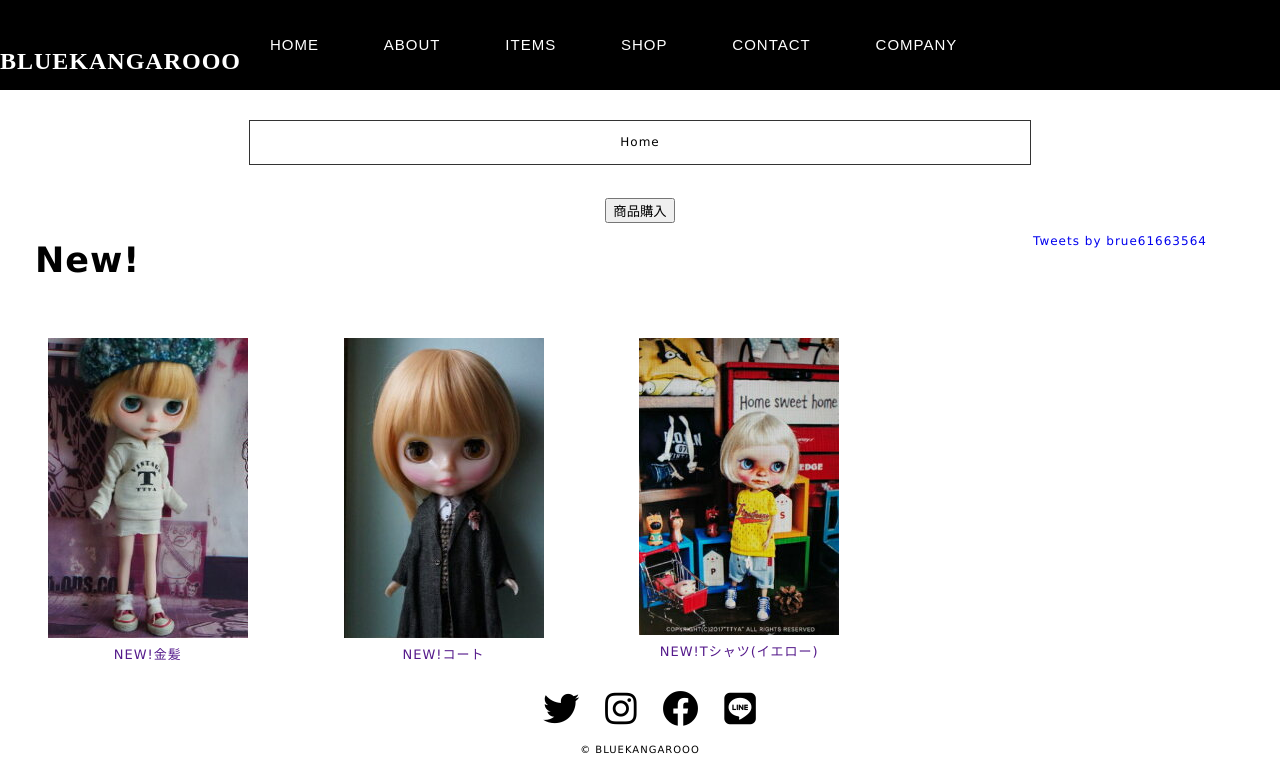
Repository: xiezom/test
Page: http://localhost/ecsite/
An editor plug-in stored every save of this project. The page is shown before and after the next save, followed by the edit.
The browser window is 1280 px wide. The pictures show the whole page.
Some web libraries are served in a nearby version. The page is served by Tomcat 9.

Above is the page before, as saved 2019-03-26 07:56:54.

After the next save:
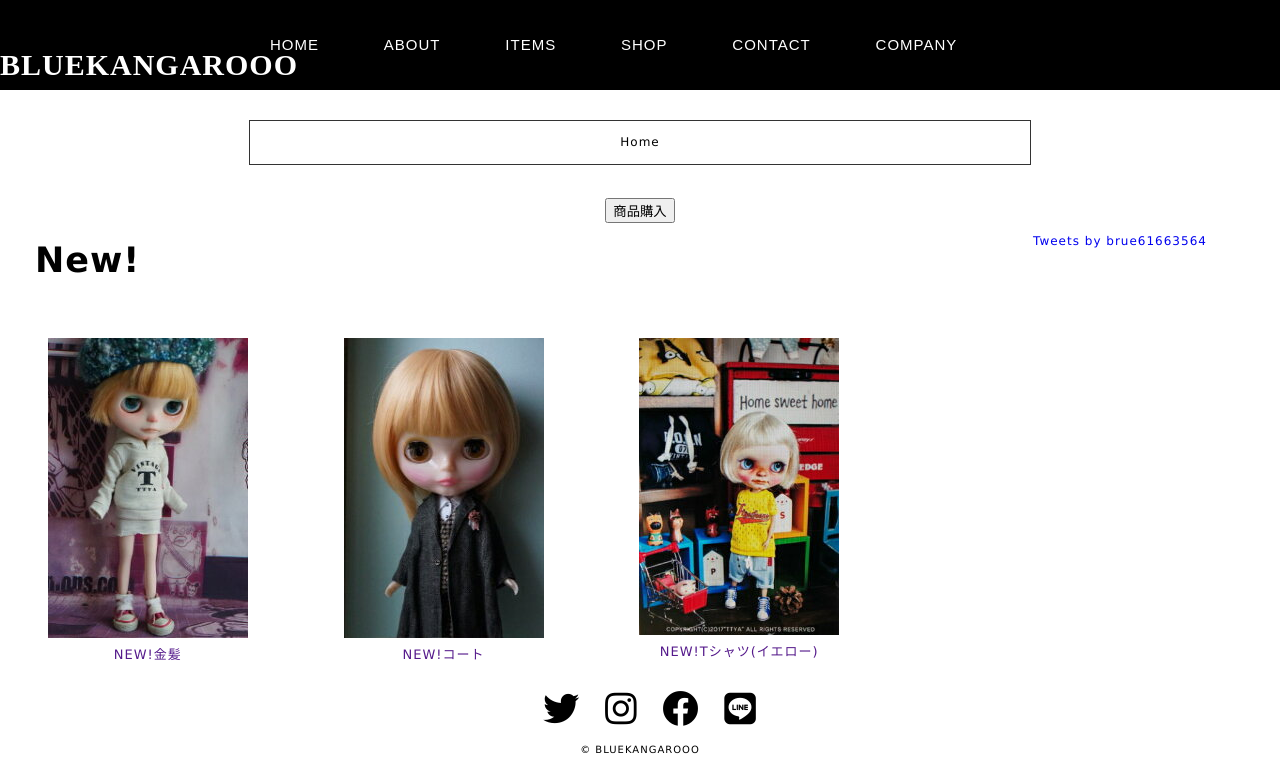
Saved 22 s later.
--- a/ecsite/WebContent/css/home_style.css
+++ b/ecsite/WebContent/css/home_style.css
@@ -38,6 +38,7 @@
 			line-height: 90px;
 			color: white;
 			font-family: robot;
+			font-size: 30px;
 		}
 
 		.header ul {
